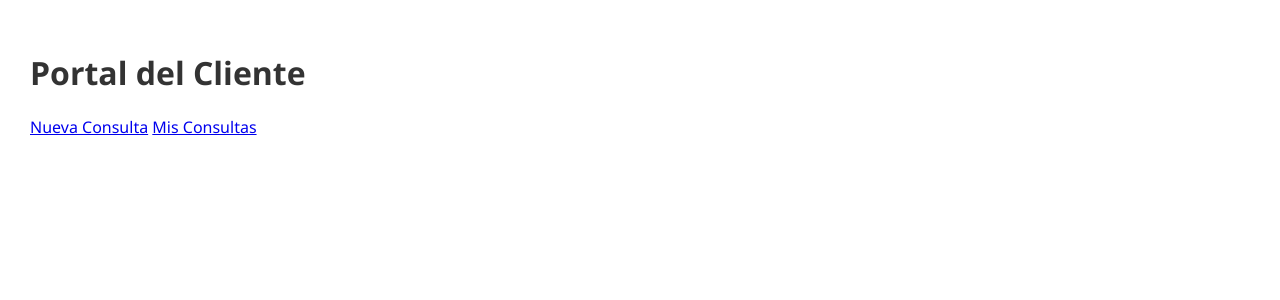
Repository: Devcodery/Trabajo-Fin-de-Grado
Page: http://localhost/Proyecto_Grupo3/vistas/portalCliente.jsp
The author's editor kept a copy of each file at every save. The page is drawn from the files as they stood at one save, then again after the next save.
The browser window is 1280 px wide. The pictures show the whole page.
The page is served by Tomcat 9. Other server files are loaded and not shown.

Above is the page before, as saved 2026-05-06 18:22:58.

### java/Proyecto_Grupo3/src/main/webapp/vistas/portalCliente.jsp
<%@ page language="java" contentType="text/html; charset=UTF-8"
    pageEncoding="UTF-8"%>
<!DOCTYPE html>
<html>
<head>
<meta charset="UTF-8">
<title>Portal Cliente</title>
<link rel="stylesheet" type="text/css" href="../style/style.css">
</head>
<body>
	<header>
		<h1>Portal del Cliente</h1>
	</header>
	<a href="/formularioSolicitud.php">Nueva Consulta</a>
	<a href="/">Mis Consultas</a>
</body>
</html>

### java/Proyecto_Grupo3/src/main/webapp/style/style.css
body {
    font-family: 'Segoe UI', Arial, sans-serif;
    margin: 0;
    padding: 30px;
    background-color: #ffffff;
    color: #333;
}

.nav {
    display: flex;
    justify-content: space-between;
    margin-bottom: 20px;
}

.btn {
    background-color: #d1d1d1;
    border: 2px solid #000;
    border-radius: 8px;
    padding: 8px 20px;
    font-weight: bold;
    cursor: pointer;
}

.titulo {
    text-align: center;
    font-size: 40px;
    margin-bottom: 40px;
    font-weight: normal;
}

.label {
    display: block;
    font-size: 18px;
    font-weight: 600;
    margin-bottom: 10px;
}

.info-content {
    font-size: 16px;
    line-height: 1.6;
    margin-bottom: 40px;
}

.scroll-box {
    border: 2px solid #000;
    border-radius: 12px;
    padding: 15px;
    overflow-y: scroll;
    background: #fff;
}

.height-consultas { height: 160px; }
.height-servicios { height: 380px; }

ul {
    list-style: none;
    padding: 0;
    margin: 0;
}

li {
    padding: 12px 5px;
    border-bottom: 1px solid #eee;
}

li:last-child {
    border-bottom: none;
}

.scroll-box::-webkit-scrollbar {
    width: 14px;
}
.scroll-box::-webkit-scrollbar-track {
    background: #f0f0f0;
    border-radius: 0 10px 10px 0;
}
.scroll-box::-webkit-scrollbar-thumb {
    background: #444;
    border-radius: 10px;
    border: 2px solid #f0f0f0;
}

After the next save:
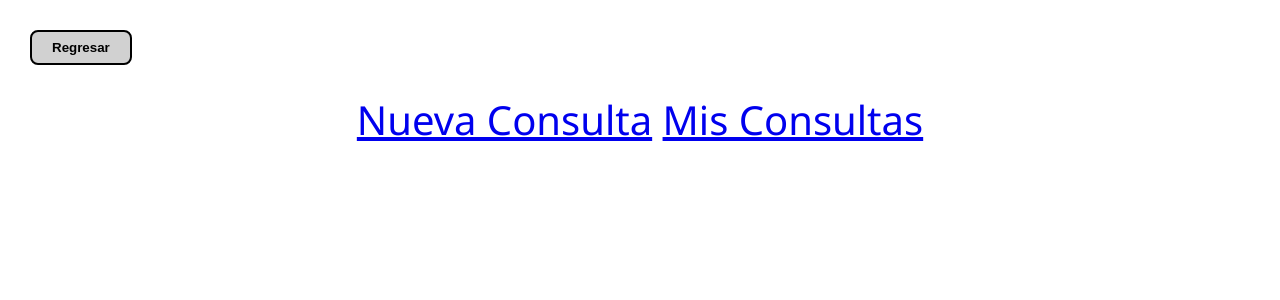
Saved 68 s later.
--- a/java/Proyecto_Grupo3/src/main/webapp/vistas/portalCliente.jsp
+++ b/java/Proyecto_Grupo3/src/main/webapp/vistas/portalCliente.jsp
@@ -8,9 +8,10 @@
 <link rel="stylesheet" type="text/css" href="../style/style.css">
 </head>
 <body>
-	<header>
-		<h1>Portal del Cliente</h1>
-	</header>
+	<div class="nav">
+        <button class="btn">Regresar</button>
+    </div>
+    <h1 class="titulo"> </div>
 	<a href="/formularioSolicitud.php">Nueva Consulta</a>
 	<a href="/">Mis Consultas</a>
 </body>
